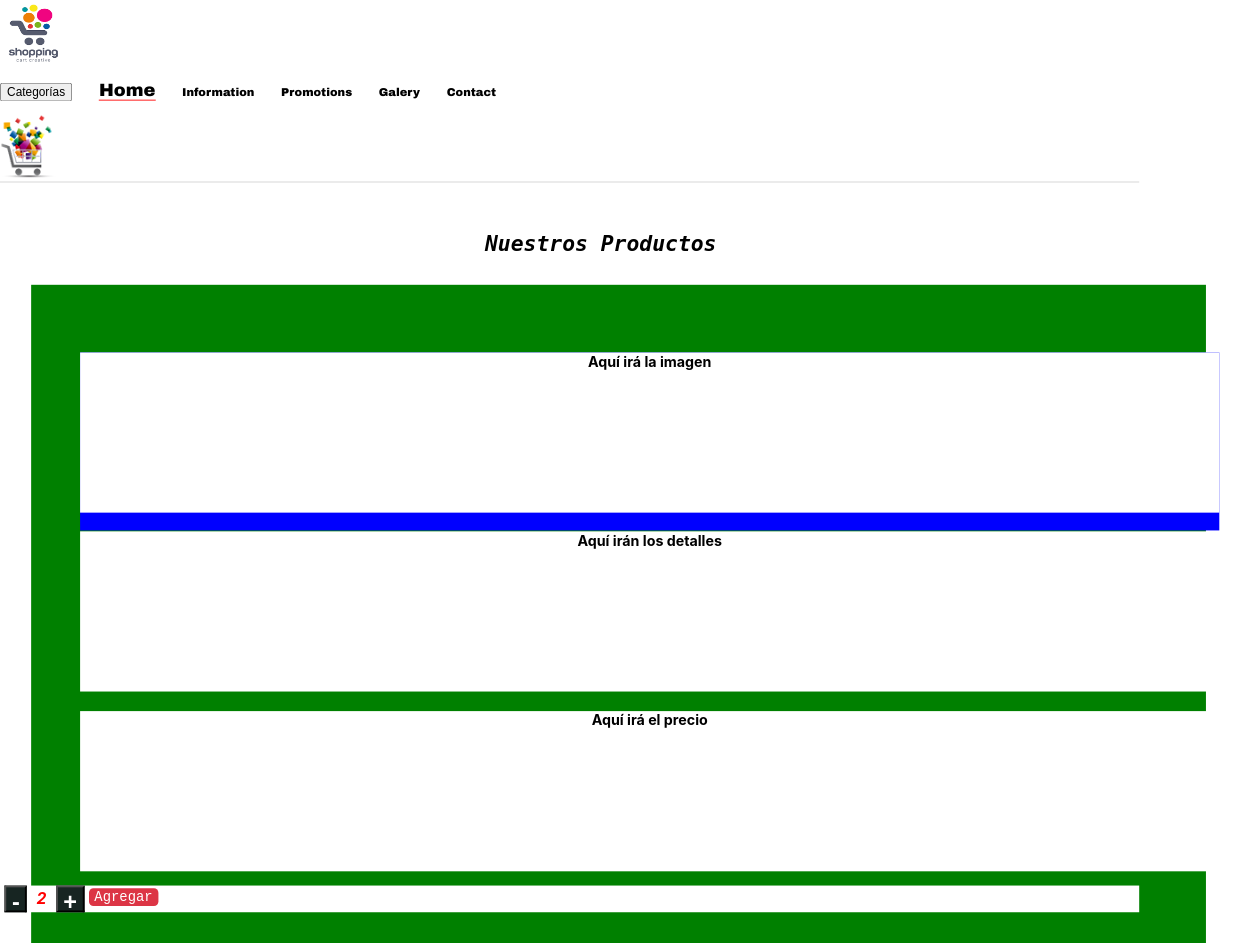
Repository: gustavomanuelquintana/CoderRepository
Page: / (app in cards-commers/)
The author's editor kept a copy of each file at every save. The page is drawn from the files as they stood at one save, then again after the next save.
The browser window is 1280 px wide. The page is 1405 px wide, so the pictures cover 1405 px, including what lies to the right of the window. The pictures show the whole page, at 89% of full size.
The project was rebuilt for these pictures with package versions that can differ from the ones it lists, and the page was loaded fresh each time.

Above is the page before, as saved 2020-10-31 14:52:14.

After the next save:
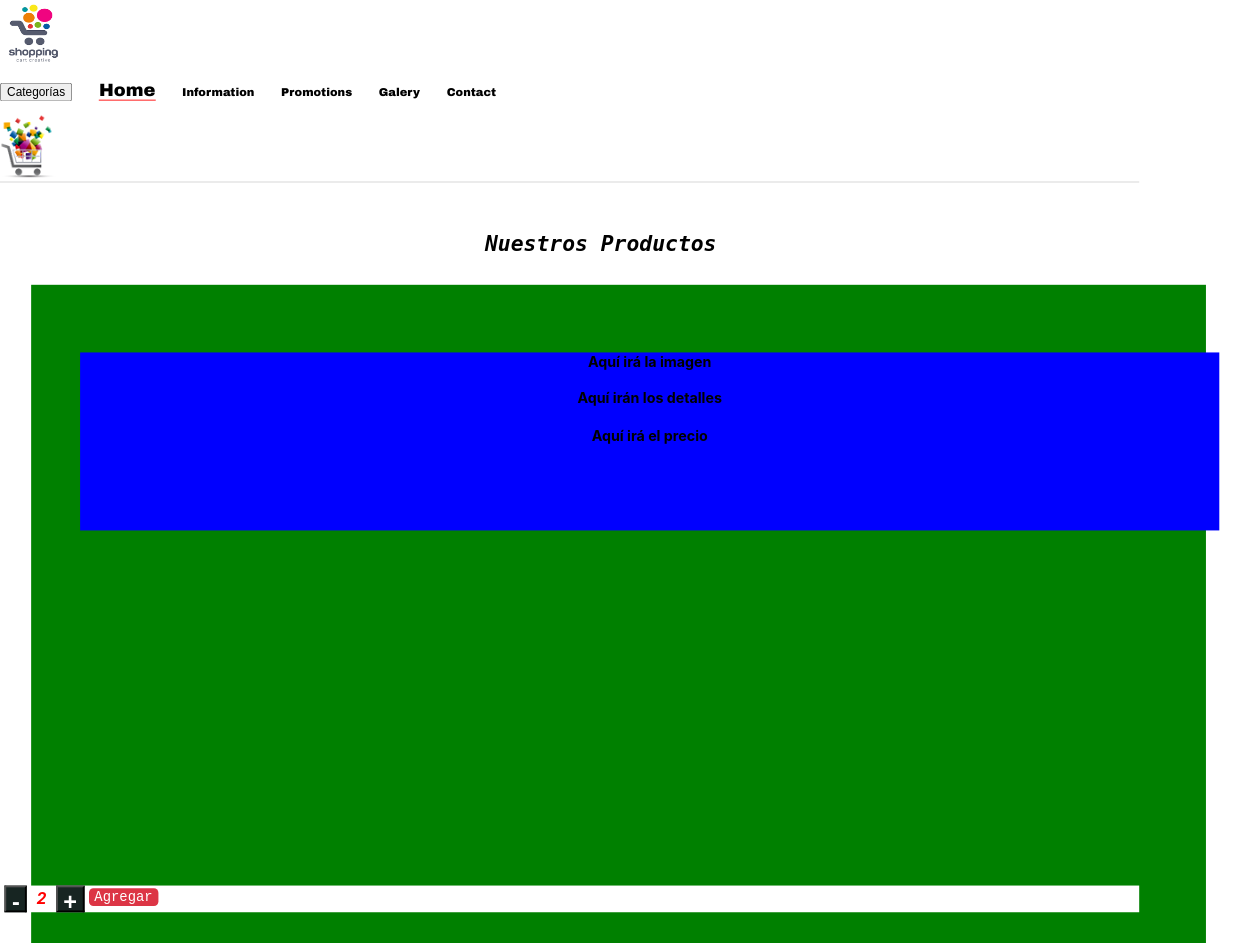
Saved 16 s later.
--- a/cards-commers/src/Components/ItemListContainer/Item/Item.css
+++ b/cards-commers/src/Components/ItemListContainer/Item/Item.css
@@ -3,16 +3,9 @@
     text-align:center;
     height:200px;
 }
-.containerImage{
+.containerSection{
     background: white;
     max-height:200px;
     height: 180px;
     margin:0.60em auto;
 }
-
-.containerDetail{
-    background: white;
-    max-height:200px;
-    height: 180px;
-    margin:0.60em auto;
-}

After the save that followed:
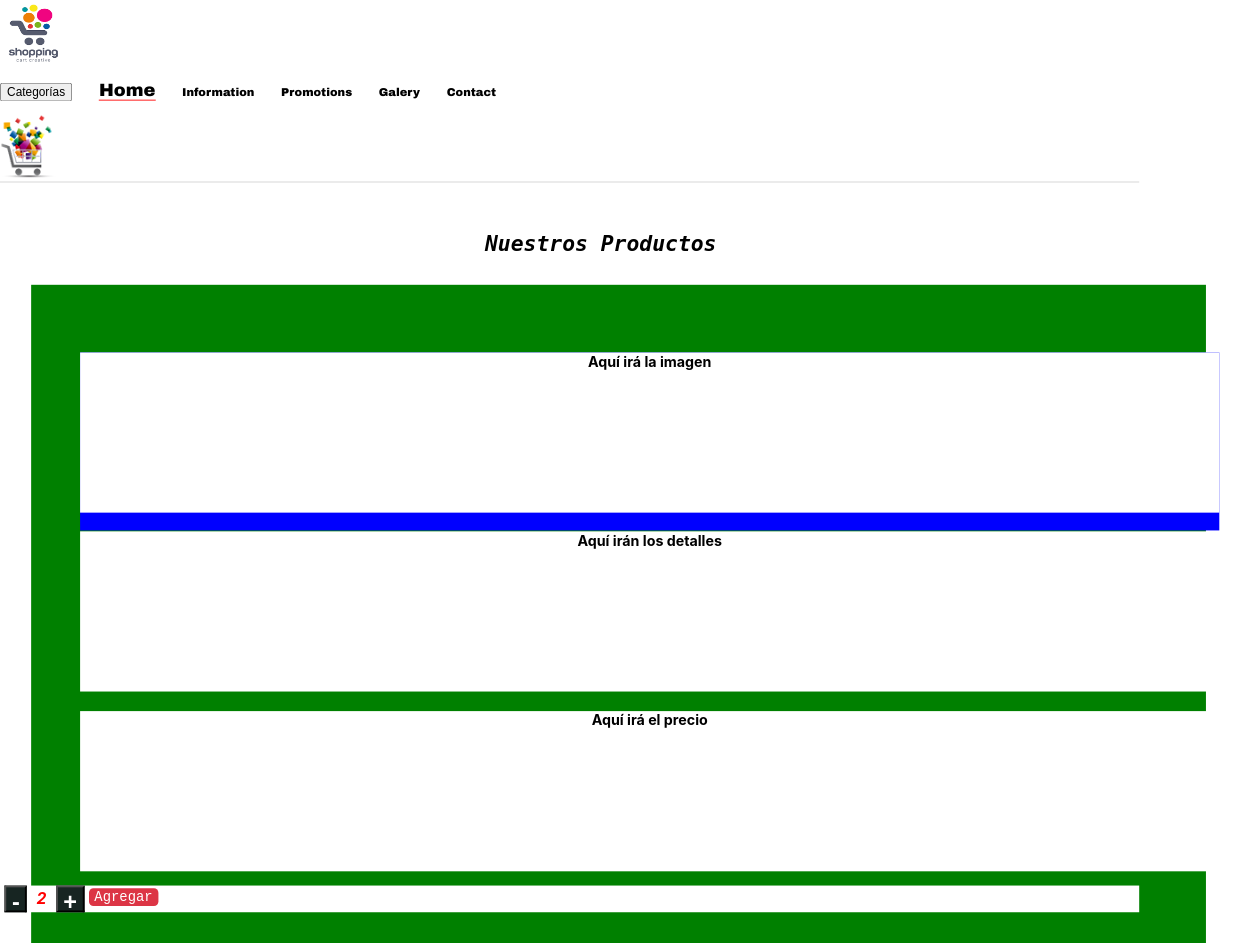
Saved 12 s later.
--- a/cards-commers/src/Components/ItemListContainer/Item/Item.js
+++ b/cards-commers/src/Components/ItemListContainer/Item/Item.js
@@ -9,17 +9,17 @@ function Item({listProducts}){
     return <Container>
     <Row className="Item">
       <Col xs="6" sm="4">
-          <div className="containerImage">
+          <div className="containerSection">
               <h4>Aquí irá la imagen</h4>
           </div>
       </Col>
       <Col xs="6" sm="4">
-      <div className="containerDetail">
+      <div className="containerSection">
               <h4>Aquí irán los detalles</h4>
           </div>
       </Col>
       <Col sm="4">
-      <div className="containerDetail">
+      <div className="containerSection">
               <h4>Aquí irá el precio</h4>
           </div>
       </Col>
